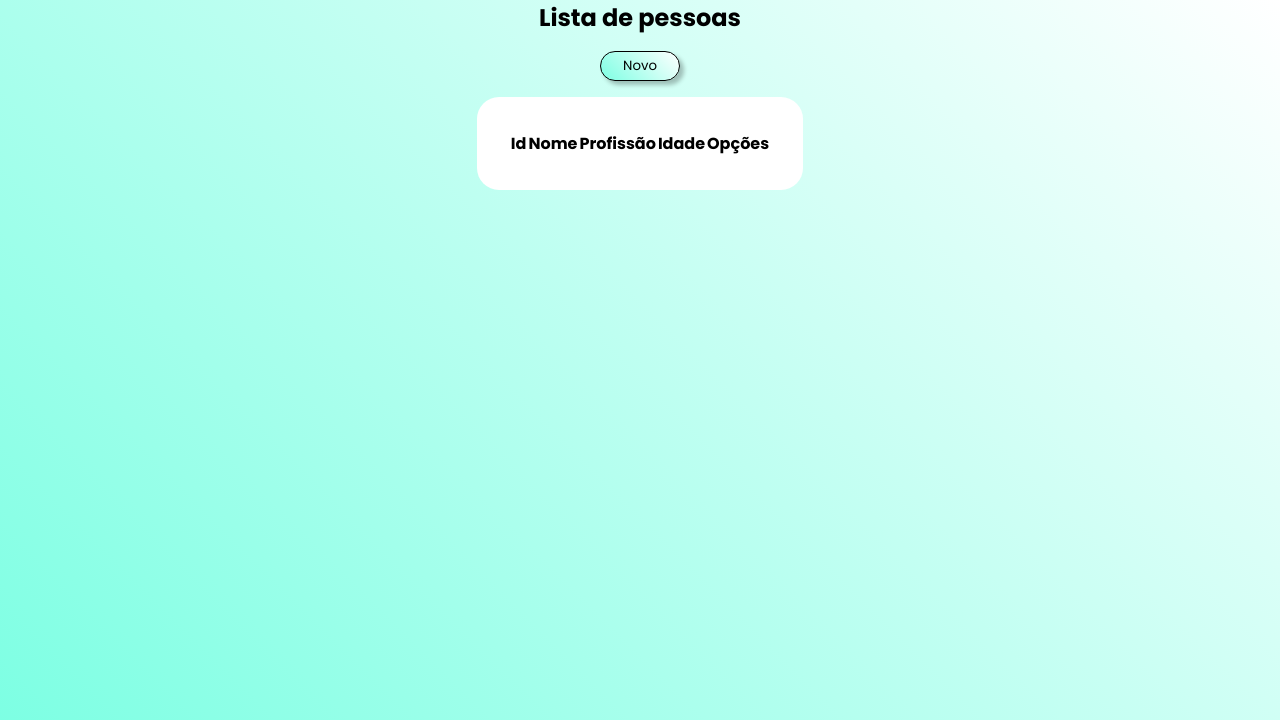
Repository: alef-torres/TesteUnicontrol
Page: http://localhost/desafioUnicontrol/main
These files come from the project's save history. The page is drawn as it stood at one moment and after the next save; the edit follows.
The browser window is 1280 px wide. The pictures show the whole page.
The page is served by Tomcat 9. Other server files are loaded and not shown. Queries for data that is not in the repository find no rows.

Above is the page before, as saved 2024-02-10 22:56:38.

### DesafioUnicontrol/desafioUnicontrol/src/main/webapp/pesquisa.jsp
<%@ page language="java" contentType="text/html; charset=utf-8"
	pageEncoding="utf-8"%>
<%@ page import="model.JavaBeans"%>
<%@ page import="java.util.ArrayList"%>



<%
ArrayList<JavaBeans> lista = (ArrayList<JavaBeans>) request.getAttribute("pessoas");
%>


<!DOCTYPE html>
<html lang="pt-br">

<head>
<meta charset="UTF-8">
<title>Pessoas</title>
<link rel="stylesheet" href="estilo/pesquisa.css">
</head>

<body>
	<section>
		<div>
			<h1>Lista de pessoas</h1>
			<a href="index.html"><button>Novo</button></a>



			<table>
				<thead>
					<tr>
						<th>Id</th>
						<th>Nome</th>
						<th>Profissão</th>
						<th>Idade</th>
						<th>Opções</th>
					</tr>
				</thead>

				<tbody>
					<%
					for (int i = 0; i < lista.size(); i++) {
					%>
					<tr>
						<td><%=lista.get(i).getIdcon()%></td>
						<td><%=lista.get(i).getNome()%></td>
						<td><%=lista.get(i).getProfissao()%></td>
						<td><%=lista.get(i).getIdade()%></td>
						<td><a href="select?idcon=<%=lista.get(i).getIdcon()%>>">Editar</a>
							<a href="javascript: confirmar(<%=lista.get(i).getIdcon()%>)">Excluir</a>
						</td>

					</tr>
					<%
					}
					%>
				</tbody>
			</table>
		</div>
	</section>



	<script src="scripts/confirmador.js"></script>
</body>

</html>

### DesafioUnicontrol/desafioUnicontrol/src/main/java/controler/Controler.java
package controler;

import java.io.IOException;
import java.util.ArrayList;

import javax.servlet.RequestDispatcher;
import javax.servlet.ServletException;
import javax.servlet.annotation.WebServlet;
import javax.servlet.http.HttpServlet;
import javax.servlet.http.HttpServletRequest;
import javax.servlet.http.HttpServletResponse;

import model.DAO;
import model.JavaBeans;

@WebServlet(urlPatterns = { "/Controller", "/main", "/insert", "/select", "/update", "/delete" })
public class Controler extends HttpServlet {
	private static final long serialVersionUID = 1L;
	DAO dao = new DAO();
	JavaBeans pessoa = new JavaBeans();

	public Controler() {
		super();

	}

	protected void doGet(HttpServletRequest request, HttpServletResponse response)
			throws ServletException, IOException {

		String action = request.getServletPath();
		System.out.println(action);
		if (action.equals("/main")) {
			pesquisa(request, response);
		} else if (action.equals("/insert")) {
			novaPessoa(request, response);
		} else if (action.equals("/select")) {
			listarPessoas(request, response);
		} else if (action.equals("/update")) {
			editarPessoa(request, response);
		} else if (action.equals("/delete")) {
			deletarPessoa(request, response);
		} else {
			response.sendRedirect("index.html");
		}

	}

	protected void pesquisa(HttpServletRequest request, HttpServletResponse response)
			throws ServletException, IOException {

		ArrayList<JavaBeans> listaDePessoas = dao.listarPessoas();

		request.setAttribute("pessoas", listaDePessoas);
		RequestDispatcher rd = request.getRequestDispatcher("pesquisa.jsp");
		rd.forward(request, response);
	}

	protected void novaPessoa(HttpServletRequest request, HttpServletResponse response)
			throws ServletException, IOException {

		// enviando para as variaveis JavaBeans

		pessoa.setNome(request.getParameter("name"));
		pessoa.setProfissao(request.getParameter("profissao"));
		pessoa.setIdade(request.getParameter("idade"));

		// invocar o metodo insertPessoa passando o objeto pessoa

		dao.insertPessoas(pessoa);

		// retornando para a pagina index
		response.sendRedirect("index.html");
	}

	protected void listarPessoas(HttpServletRequest request, HttpServletResponse response)
			throws ServletException, IOException {
		String idcon = request.getParameter("idcon");

		pessoa.setIdcon(idcon);

		dao.selecionarPessoa(pessoa);

		request.setAttribute("idcon", pessoa.getIdcon());
		request.setAttribute("nome", pessoa.getNome());
		request.setAttribute("profissao", pessoa.getProfissao());
		request.setAttribute("idade", pessoa.getIdade());

		RequestDispatcher rd = request.getRequestDispatcher("editar.jsp");
		rd.forward(request, response);

	}

	protected void editarPessoa(HttpServletRequest request, HttpServletResponse response)
			throws ServletException, IOException {

		pessoa.setIdcon(request.getParameter("idcon"));
		pessoa.setNome(request.getParameter("nome"));
		pessoa.setProfissao(request.getParameter("profissao"));
		pessoa.setIdade(request.getParameter("idade"));

		dao.alterarContanto(pessoa);

		response.sendRedirect("main");

	}

	protected void deletarPessoa(HttpServletRequest request, HttpServletResponse response)
			throws ServletException, IOException {
		String idcon = request.getParameter("idcon");
		System.out.println(idcon);

		pessoa.setIdcon(idcon);

		dao.deleterPessoas(pessoa);

		response.sendRedirect("main");

	}

}

### DesafioUnicontrol/desafioUnicontrol/src/main/webapp/estilo/pesquisa.css
@charset "UTF-8";

@import url('https://fonts.googleapis.com/css2?family=Poppins:wght@100;300;400;500;600;700&display=swap');

* {
    margin: 0;
    padding: 0;
    font-family: 'Poppins';
    text-decoration: none;
}

body {
    width: 100%;
    height: 100vh;
    background: linear-gradient(45deg, #7DFFE3, #fff);
}

section {
    display: flex;
    flex-direction: column;
    justify-content: space-around;
    align-items: center;
}

div {
	height: 100%;
    display: flex;
    flex-direction: column;
    justify-content: space-around;
    align-items: center;
    gap: 1rem;
}

.principal {
    margin-top: auto;
    height: 100%;
    display: flex;
    flex-direction: row;
    justify-content: space-around;
    align-items: center;
}

.formulario-de-cadastro {
    display: flex;
    flex-direction: column;
    padding: 2rem;
    background: #fff;
    border-radius: 10px;
}

#btn {
    display: flex;
    flex-direction: row;
    align-items: center;
    justify-content: space-around;
    margin-top: 1rem;
}

button {
    width: 80px;
    height: 30px;
    border: solid 1px black;
    border-radius: 22px;
    background: linear-gradient(45deg, #7DFFE3, #fff);
    color: black;
    cursor: pointer;
    box-shadow: 4px 4px 4px rgba(0, 0, 0, 0.25);
}

#btn-enviar {
    background: linear-gradient(-45deg, #7DFFE3, #fff);
}

a {
    color: black;
}

table {
    background: #fff;
    border-radius: 22px;
    padding: 2rem;
}

### DesafioUnicontrol/desafioUnicontrol/src/main/webapp/scripts/confirmador.js



function confirmar(idcon){
	let resposta = confirm("Comfirma a exclusão desta pessoa?")
	if (resposta === true){
		//alert(idcon)
		window.location.href = 'delete?idcon=' + idcon
	}
}

After the next save:
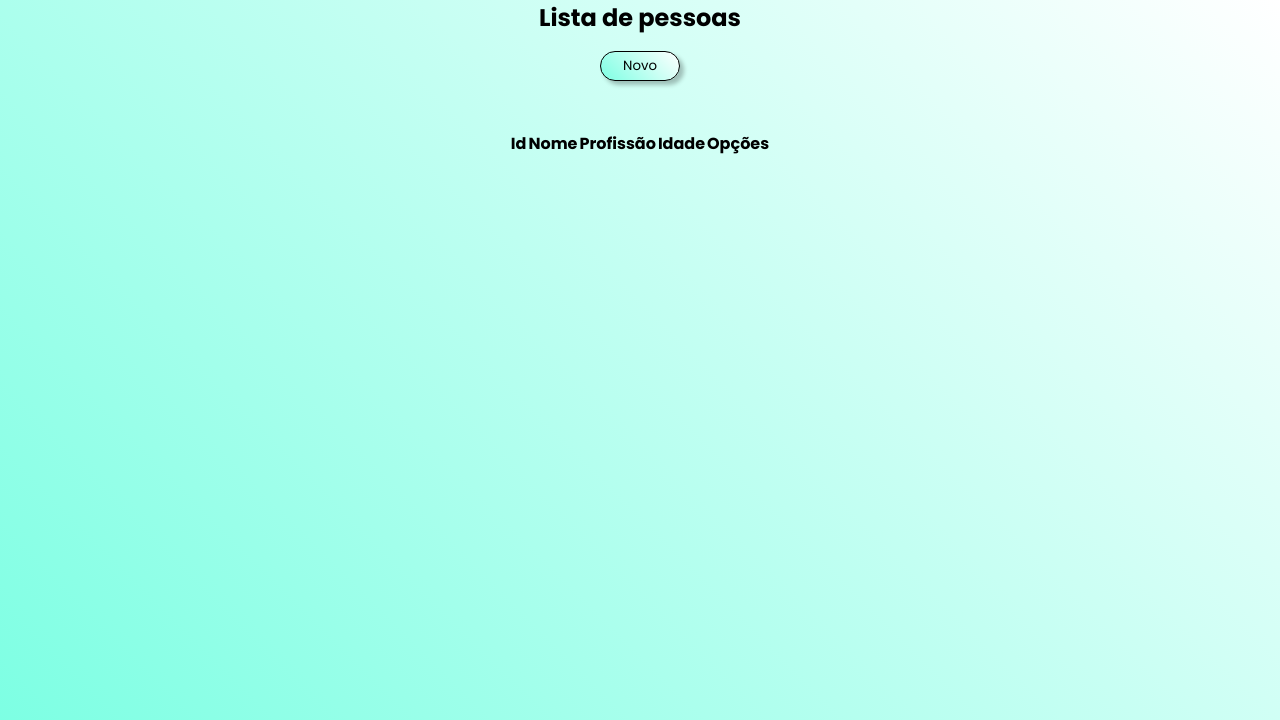
Saved 38 s later.
--- a/DesafioUnicontrol/desafioUnicontrol/src/main/webapp/estilo/pesquisa.css
+++ b/DesafioUnicontrol/desafioUnicontrol/src/main/webapp/estilo/pesquisa.css
@@ -76,7 +76,6 @@ a {
 }
 
 table {
-    background: #fff;
     border-radius: 22px;
     padding: 2rem;
 }
